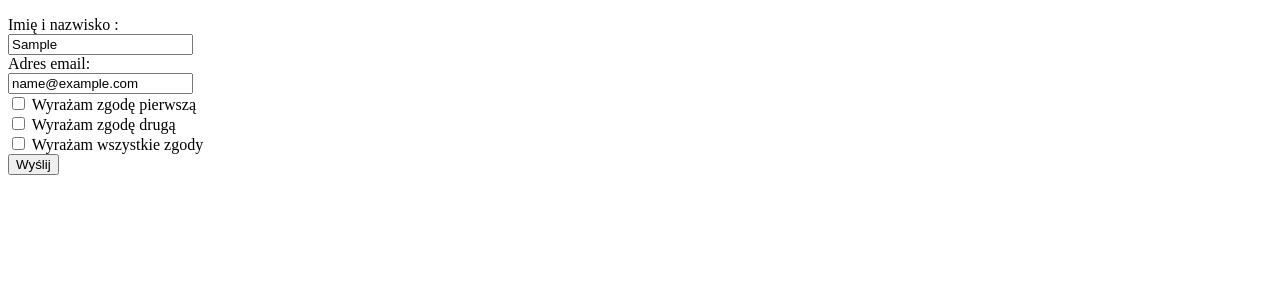
Repository: magdaf41/JavaScript
Page: JS DOM zadanie_5/index.html
The author's editor kept a copy of each file at every save. The page is drawn from the files as they stood at one save, then again after the next save.
The browser window is 1280 px wide. The pictures show the whole page.
Empty fields were first filled with sample values (such as "Sample", 5 or name@example.com).
After loading, the first visible `#newsletter-form` was submitted once.

Above is the page before, as saved 2020-09-06 17:31:27.

### JS DOM zadanie_5/index.html
<!DOCTYPE html>
<html lang="en">

<head>
    <meta charset="UTF-8">
    <meta name="viewport" content="width=device-width, initial-scale=1.0">
    <title>Warsztat 3 - Walidacja formularza</title>
    <link rel="stylesheet" href="css/style.css">
</head>

<body>
    <form id="newsletter-form" action="">

        <ul id="errors"></ul>
        <label for="name">Imię  i nazwisko : </label><br>
        <input type="text" name="name" id="name" placeholder="Jan Nowak"><br>
        <label for="email">Adres email:  </label><br>
        <input type="email" name="email" id="email" placeholder="jan@nowak.pl"><br>


        <input type="checkbox" name="accept_1" id="accept_1">
        <label for="accept_1">Wyrażam zgodę pierwszą</label><br>
        <input type="checkbox" name="accept_2" id="accept_2">
        <label for="accept_2">Wyrażam zgodę drugą</label><br>
        <input type="checkbox" name="allAccept" id="allAccept">
        <label for="allAccept">Wyrażam wszystkie zgody</label><br>

         <button type="submit" id="send">Wyślij</button>
    </form>


    <script src="js/script.js"></script>
</body>

</html>

### JS DOM zadanie_5/js/script.js
let form = document.getElementById('newsletter-form');
let allAcceptChx = document.getElementById('allAccept');


const validate = (event) => {

    let txtName = document.getElementById('name')
    let txtEmail = document.getElementById('email');
    let accept1 = document.getElementById('accept_1');
    let errors = document.getElementById('errors');

    errors.innerHTML = "";

    if(txtName.value.trim() === "")  {
        let liError = document.createElement('li')
        liError.innerText = "Wpisz imię i nazwisko!"

        errors.appendChild(liError);
    }

    if(txtEmail.value.trim() === "") {
        let liError = document.createElement('li')
        liError.innerText = "Wpisz adres email!"

        errors.appendChild(liError);
    }


    event.preventDefault();
    console.log(`validate()`);
}

const allAccept = (event) => {
    let accept1 = document.getElementById('accept_1');
    let accept2 = document.getElementById('accept_2');

    accept1.checked = event.target.checked;
    accept2.checked = event.target.checked;
    // console.log(event.target.checked);
    accept1.disabled = event.target.checked;
    accept2.disabled = event.target.checked;
}



form.addEventListener('submit', validate);
allAcceptChx.addEventListener('change', allAccept);

Loaded but not shown: JS DOM zadanie_5/css/style.css (no stored copy; drawn as an empty file)

After the next save:
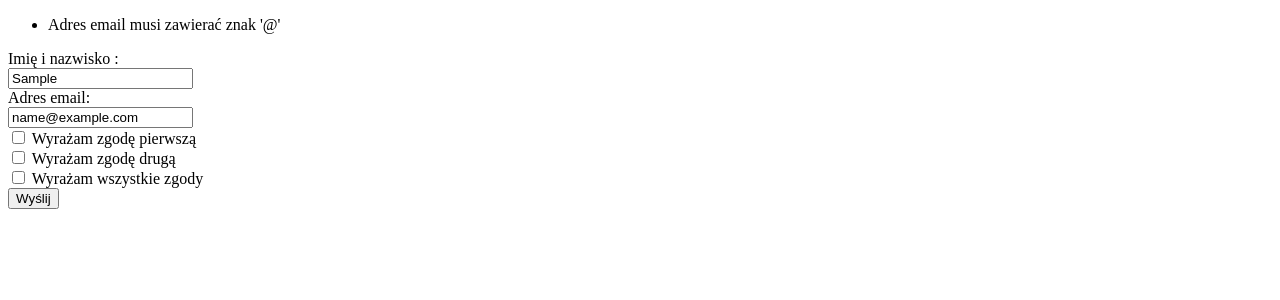
Saved 2 min 42 s later.
--- a/JS DOM zadanie_5/js/script.js
+++ b/JS DOM zadanie_5/js/script.js
@@ -18,13 +18,19 @@
         errors.appendChild(liError);
     }
 
+    if(txtEmail.value.includes('@')) {
+        let liError = document.createElement('li')
+        liError.innerText = "Adres email musi zawierać znak '@'"
+
+        errors.appendChild(liError);
+    }
+
     if(txtEmail.value.trim() === "") {
         let liError = document.createElement('li')
         liError.innerText = "Wpisz adres email!"
 
         errors.appendChild(liError);
     }
-
 
     event.preventDefault();
     console.log(`validate()`);

After the save that followed:
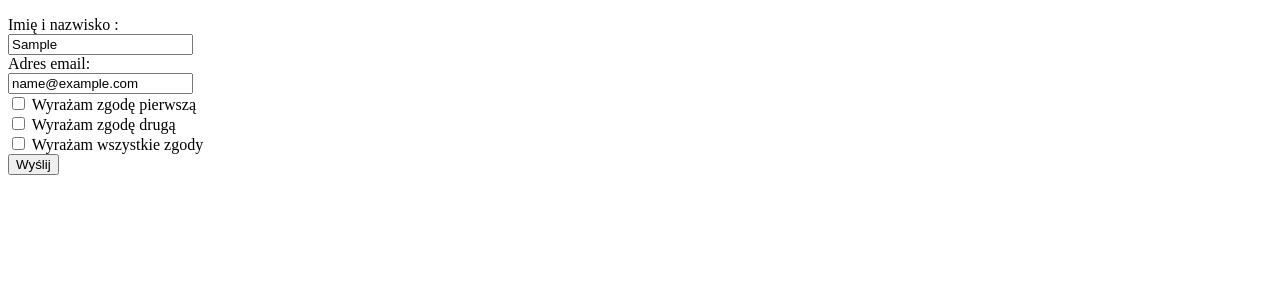
Saved 73 s later.
--- a/JS DOM zadanie_5/js/script.js
+++ b/JS DOM zadanie_5/js/script.js
@@ -18,9 +18,9 @@
         errors.appendChild(liError);
     }
 
-    if(txtEmail.value.includes('@')) {
+    if(!txtEmail.value.includes('@')) {
         let liError = document.createElement('li')
-        liError.innerText = "Adres email musi zawierać znak '@'"
+        liError.innerText = "Adres email musi zawierać znak @"
 
         errors.appendChild(liError);
     }
